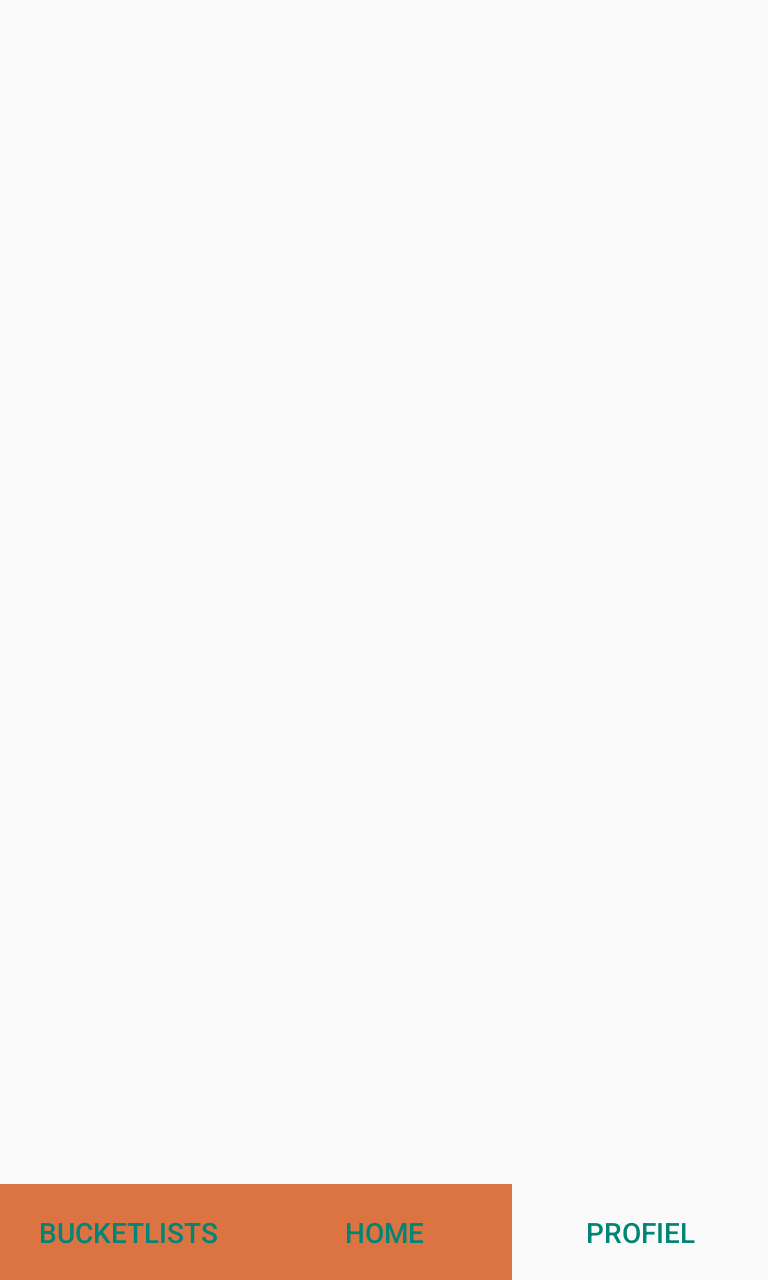
Repository: MarcSelles/BeatYourBucketAndroid
Layout: The_app/BeatYourBucket/res/layout/activity_primairy_buttons.xml
These files come from the project's save history. The layout is drawn as it stood at one moment and after the next save; the edit follows.
It is drawn on a 768 x 1280 px phone screen (xhdpi) without system bars, with theme AppTheme; the app's code is not run.

Above is the layout before, as saved 2015-01-27 10:44:58.

### The_app/BeatYourBucket/res/layout/activity_primairy_buttons.xml
<?xml version="1.0" encoding="utf-8"?>
<RelativeLayout xmlns:android="http://schemas.android.com/apk/res/android"
    android:id="@android:id/content"
    android:layout_width="fill_parent"
    android:layout_height="fill_parent" >

    <LinearLayout
        android:id="@android:id/tabcontent"
        android:layout_width="match_parent"
        android:layout_height="wrap_content"
        android:layout_above="@+id/tab_under"
        android:layout_alignParentTop="true"
        android:orientation="vertical" >
    </LinearLayout>

    <LinearLayout
        android:id="@+id/tab_under"
        android:layout_width="fill_parent"
        android:layout_height="wrap_content"
        android:layout_alignParentBottom="true"
        android:layout_gravity="bottom"
        android:gravity="center|bottom"
        android:orientation="horizontal" >

        <Button
            android:id="@+id/bucketlists"
            style="?android:attr/buttonBarButtonStyle"
            android:layout_width="0dp"
            android:layout_weight="0.33"
            android:layout_height="wrap_content"
            android:layout_gravity="center_horizontal|center"
            android:onClick="makeTabs"
            android:text="Bucketlists"
            android:background="#DB7343" />

        <Button
            android:id="@+id/newsfeed"
            style="?android:attr/buttonBarButtonStyle"
            android:layout_width="0dp"
            android:layout_weight="0.33"
            android:layout_height="wrap_content"
            android:layout_gravity="center_horizontal|center"
            android:onClick="makeTabs"
            android:text="Home"
            android:background="#DB7343" />

        <Button
            android:id="@+id/profile"
            style="?android:attr/buttonBarButtonStyle"
            android:layout_width="0dp"
            android:layout_weight="0.33"
            android:layout_height="wrap_content"
            android:layout_gravity="center_horizontal|center"
            android:onClick="makeTabs"
            android:text="Profiel" />
    </LinearLayout>

</RelativeLayout>

Loaded but not shown: The_app/BeatYourBucket/res/values/styles.xml (common file); The_app/BeatYourBucket/res/values-v11/styles.xml (common file); The_app/BeatYourBucket/res/values-v14/styles.xml (common file)

After the next save:
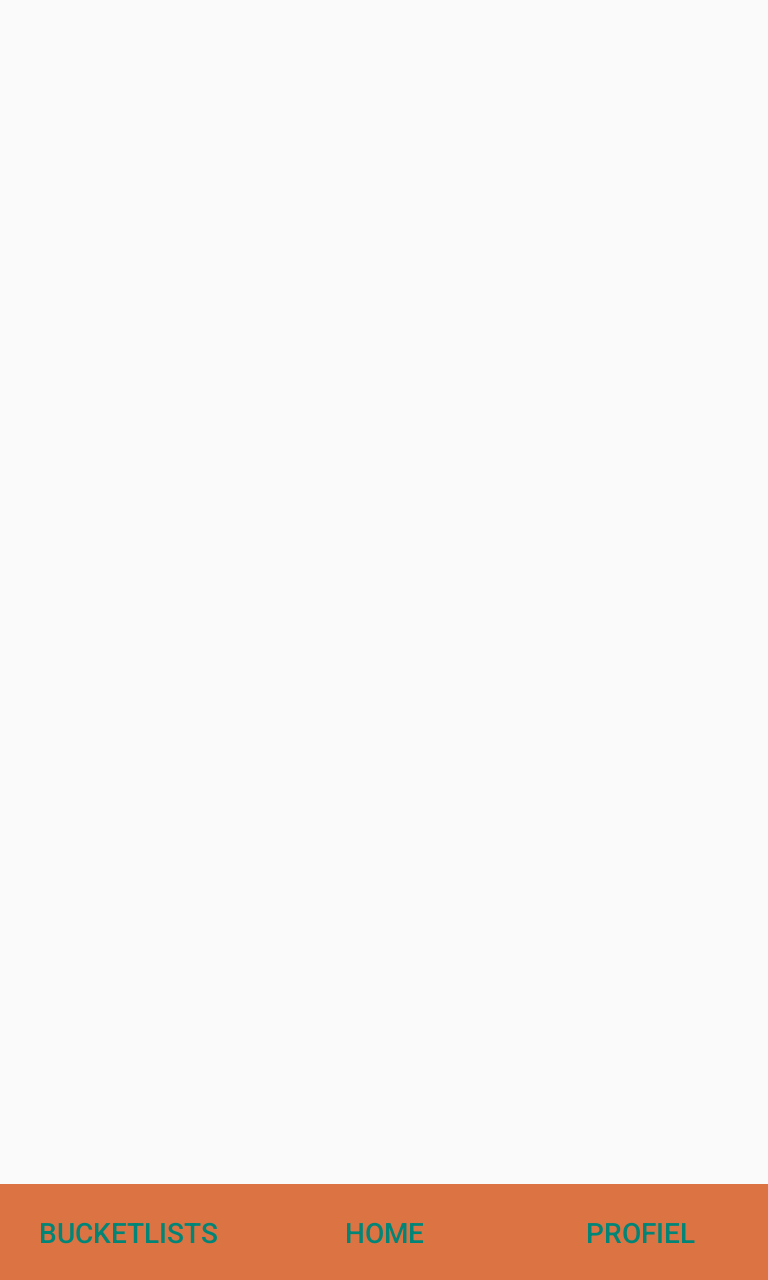
Saved 4 s later.
--- a/The_app/BeatYourBucket/res/layout/activity_primairy_buttons.xml
+++ b/The_app/BeatYourBucket/res/layout/activity_primairy_buttons.xml
@@ -52,7 +52,8 @@
             android:layout_height="wrap_content"
             android:layout_gravity="center_horizontal|center"
             android:onClick="makeTabs"
-            android:text="Profiel" />
+            android:text="Profiel"
+            android:background="#DB7343" />
     </LinearLayout>
 
 </RelativeLayout>
